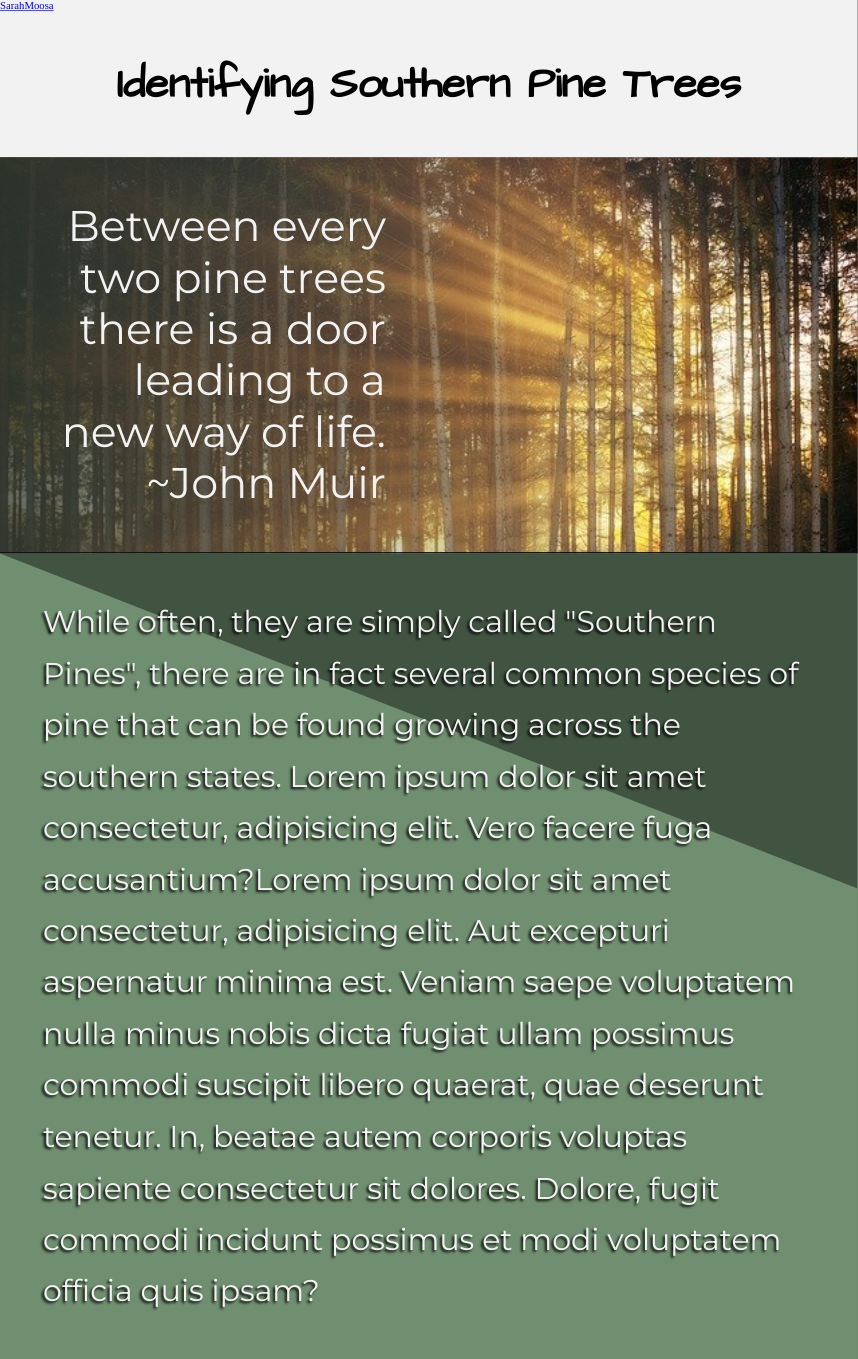
Repository: Sbethm/louisianaPineTrees
Page: pine_main.html
The author's editor kept a copy of each file at every save. The page is drawn from the files as they stood at one save, then again after the next save.
The browser window is 1280 px wide. The pictures show the whole page, at 67% of full size.
The style sheet was rebuilt from its Sass, Less or Tailwind sources for each picture, by a compiler version that may differ from the author's.

Above is the page before, as saved 2021-09-23 13:10:46.

After the next save:
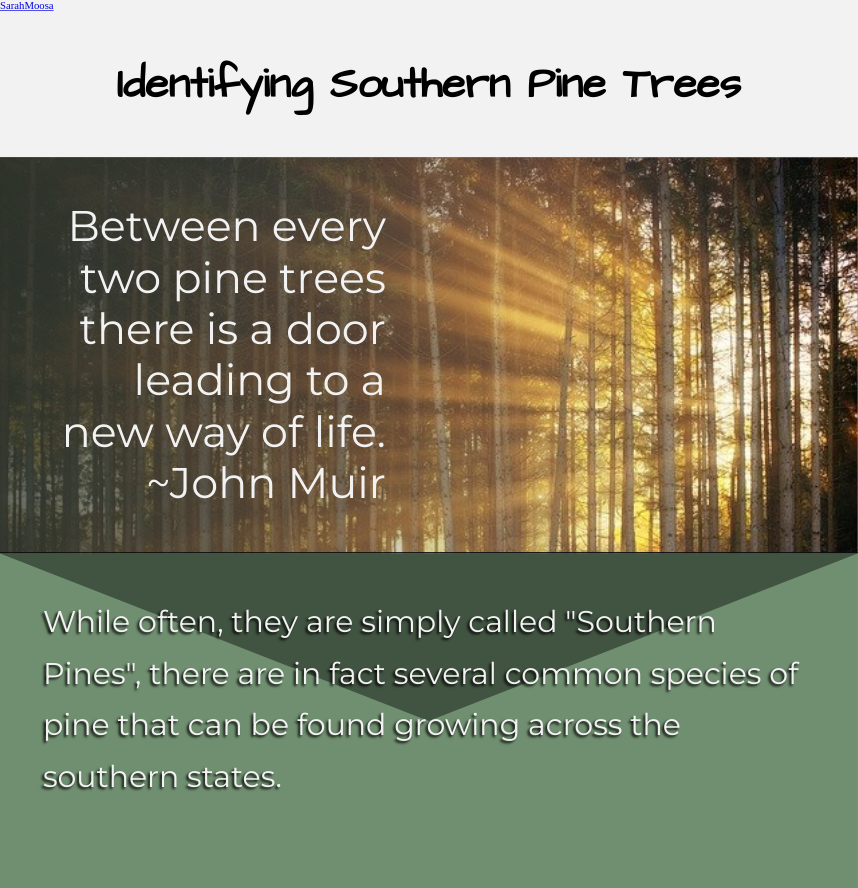
Saved 66 s later.
--- a/pine_main.html
+++ b/pine_main.html
@@ -31,8 +31,6 @@
             <div class="triangle-left"></div>
             <div class="triangle-right"></div>
             <p class="call-to-action">While often, they are simply called "Southern Pines", there are in fact several common species of pine that can be found growing across the southern states.
-
-                Lorem ipsum dolor sit amet consectetur, adipisicing elit. Vero facere fuga accusantium?Lorem ipsum dolor sit amet consectetur, adipisicing elit. Aut excepturi aspernatur minima est. Veniam saepe voluptatem nulla minus nobis dicta fugiat ullam possimus commodi suscipit libero quaerat, quae deserunt tenetur. In, beatae autem corporis voluptas sapiente consectetur sit dolores. Dolore, fugit commodi incidunt possimus et modi voluptatem officia quis ipsam?
             </p>
         </div>
         <div class="border"></div>
